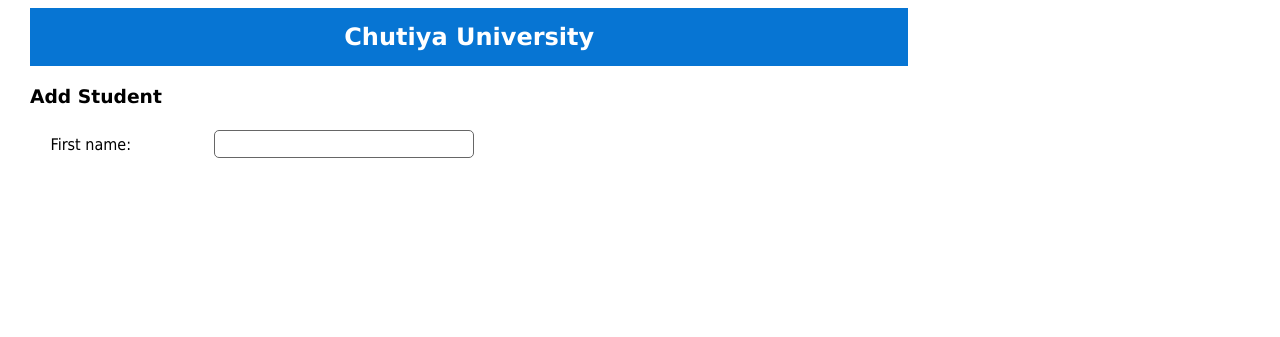
Repository: shafa45/JSP-SERVLET-JDBC-Tutorial
Page: http://localhost/web-student-tracker/add-student-form.jsp
These files come from the project's save history. The page is drawn as it stood at one moment and after the next save; the edit follows.
The browser window is 1280 px wide. The pictures show the whole page.
The page is served by Tomcat 9. Other server files are loaded and not shown.

Above is the page before, as saved 2022-11-25 14:47:07.

### web-student-tracker/WebContent/add-student-form.jsp
<!DOCTYPE html>
<html>

<head>
	<title>Add Student</title>

	<link type="text/css" rel="stylesheet" href="css/style.css" />
	<link type="text/css" rel="stylesheet" href="css/add-student-style.css" />
</head>

<body>
	<div id = "wrapper">
		<div id= "header">
			<h2>Chutiya University</h2>
		</div>
	</div>

	<div id="container">
		<h3>Add Student</h3>

		<form action="StudentControllerServlet" method="GET">
			<input type="hidden" name="command" value="ADD" />
			<table>
				<tbody>
					<tr>
						<td><label>First name:</label></td>
						<td><input type="text" name = 'firstName'/></td>
					</tr>
				</tbody>
			</table>
		</form>
	</div>

</body>


</html>

### web-student-tracker/WebContent/css/style.css
html, body{
	margin-left:15px; margin-right:15px;
	padding:0px;
	font-family:Verdana, Arial, Helvetica, sans-serif;
}

table {
	border-collapse:collapse;
	border-bottom:1px solid gray;
	font-family: Tahoma,Verdana,Segoe,sans-serif;
	width:72%;
}

th {
	border-bottom:1px solid gray;
	background:none repeat scroll 0 0 #0775d3;
	padding:10px;
	color: #FFFFFF;
}

tr {
	border-top:1px solid gray;
	text-align:center;
}

tr:nth-child(even) {background: #FFFFFF}
tr:nth-child(odd) {background: #BBBBBB}

#wrapper {width: 100%; margin-top: 0px; margin-bottom: 20px; }
#header {width: 72%; background: #0775d3; margin-top: 0px; padding:15px 0px 15px 0px; text-align:center;}
#header h2 {width: 100%; margin:auto; color: #FFFFFF;}
#container {width: 100%; margin:auto}
#container h3 {color: #000;}
#container #content {margin-top: 20px;}

.add-student-button {
	border: 1px solid #666;
	border-radius: 5px;
	padding: 4px;
	font-size: 12px;
	font-weight: bold;
	width: 120px;
	padding: 5px 10px;

	margin-bottom: 15px;
	background: #cccccc;
}

Loaded but not shown: web-student-tracker/WebContent/css/add-student-style.css (common file)

After the next save:
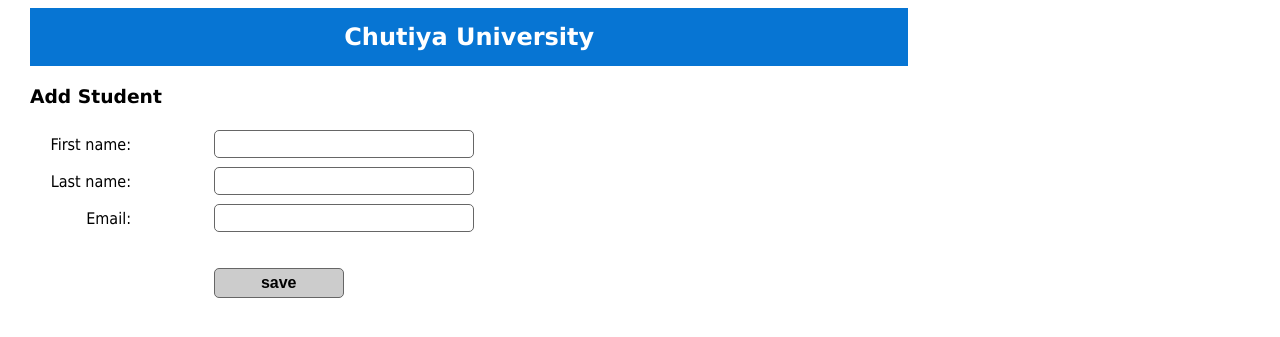
Saved 111 s later.
--- a/web-student-tracker/WebContent/add-student-form.jsp
+++ b/web-student-tracker/WebContent/add-student-form.jsp
@@ -26,7 +26,22 @@
 						<td><label>First name:</label></td>
 						<td><input type="text" name = 'firstName'/></td>
 					</tr>
+
+					<tr>
+						<td><label>Last name:</label></td>
+						<td><input type="text" name = 'lastName'/></td>
+					</tr>
+
+					<tr>
+						<td><label>Email:</label></td>
+						<td><input type="text" name = 'email'/></td>
+					</tr>
 				</tbody>
+
+				<tr>
+						<td><label></label></td>
+						<td><input type="submit" value = 'save' class="save"/></td>
+					</tr>
 			</table>
 		</form>
 	</div>
